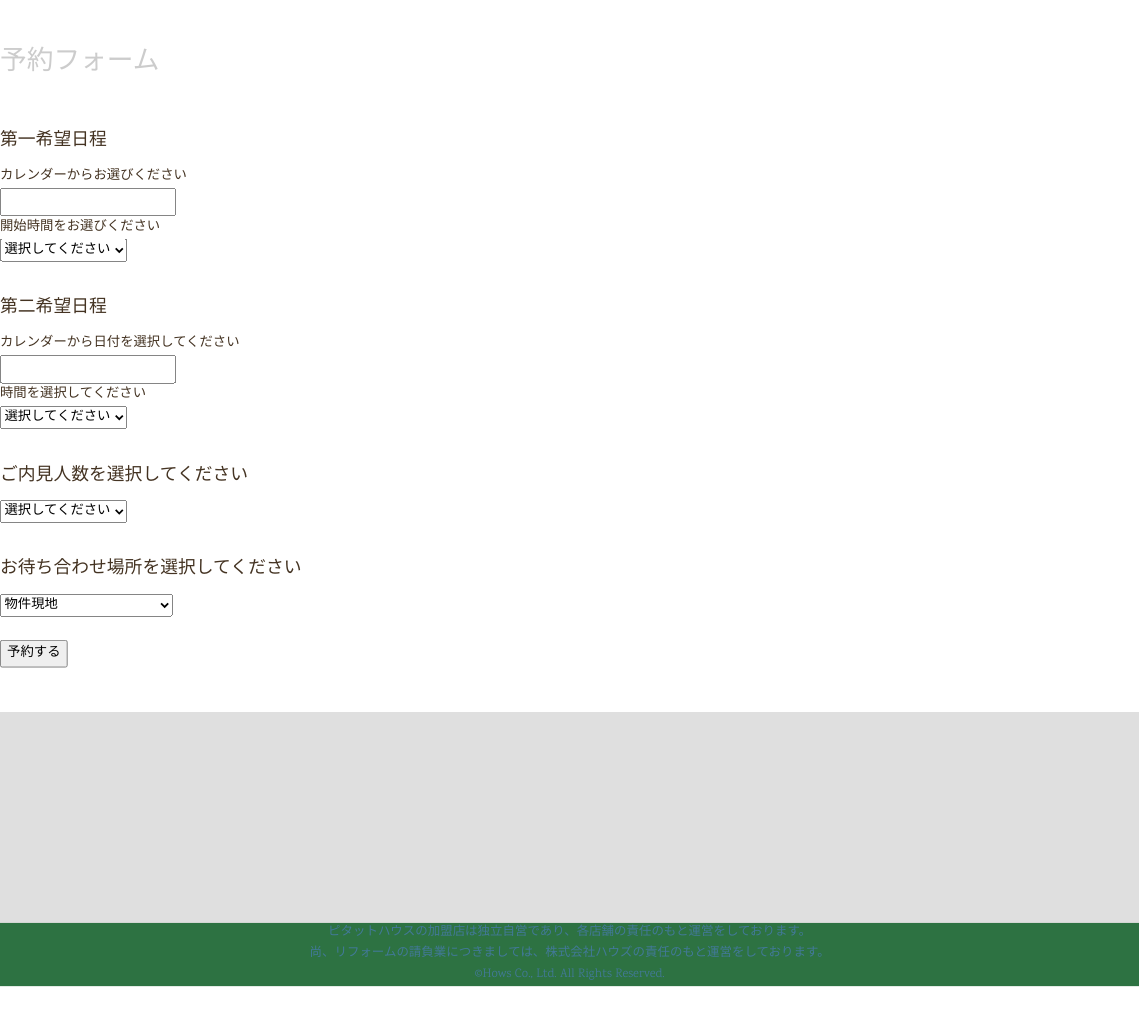
Repository: tuwen0803/contactform
Page: reservation.html
The author's editor kept a record of every edit. The page is drawn from the files as they stood at one moment, then again after the next edit.
The browser window is 1280 px wide. The pictures show the whole page, at 89% of full size.
Some web libraries are served in a nearby version.

Above is the page before.

After the next edit:
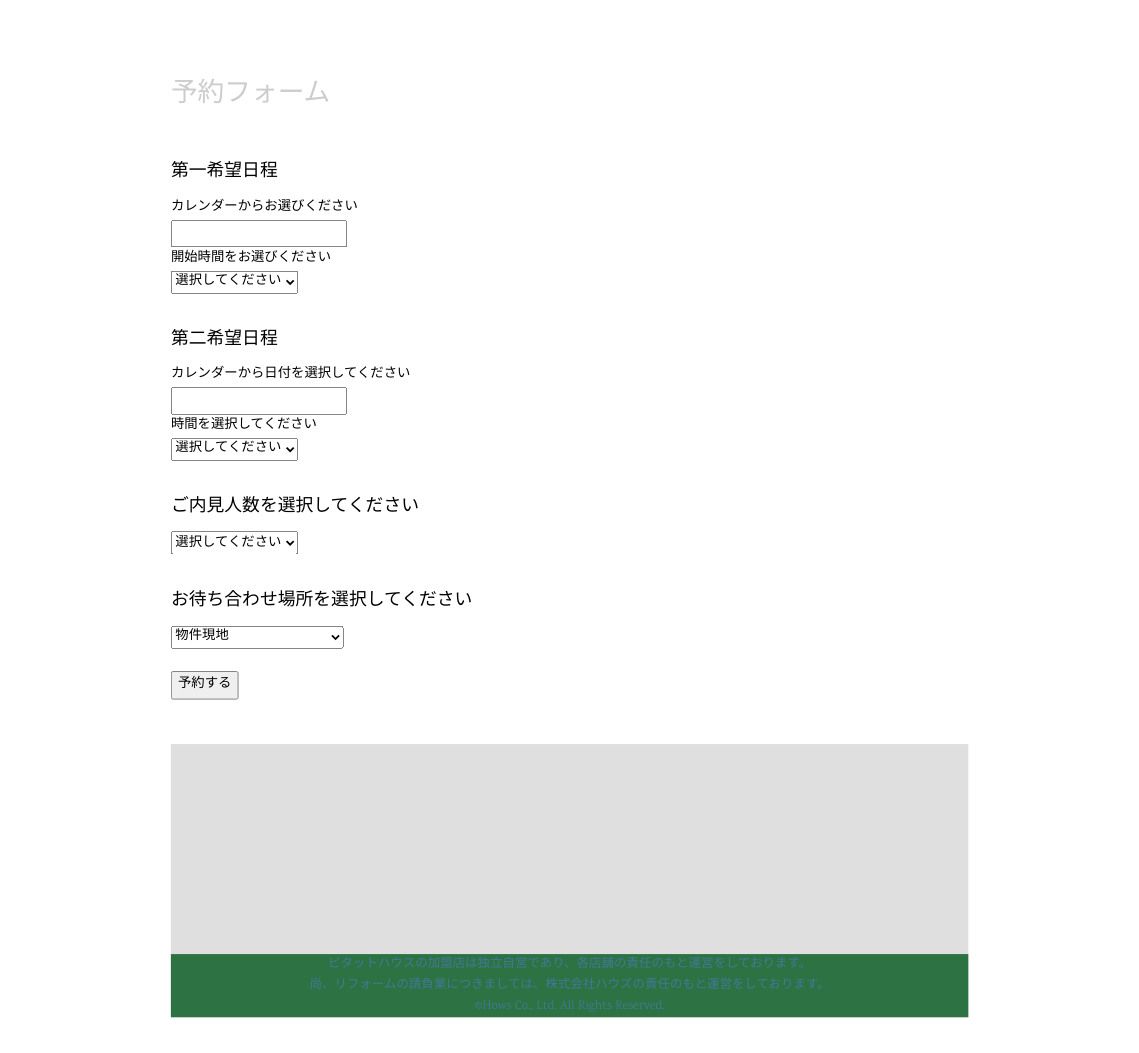
The edit:
--- a/reservation.html
+++ b/reservation.html
@@ -36,11 +36,10 @@
         </style>
   <body>
 
-
-    <script>
-      //ここにJavaSc<script src="http://ajax.googleapis.com/ajax/libs/jquery/1/jquery.min.js"></script>
 <script src="http://ajax.googleapis.com/ajax/libs/jqueryui/1/jquery-ui.min.js"></script>
 <link rel="stylesheet" href="http://ajax.googleapis.com/ajax/libs/jqueryui/1/themes/flick/jquery-ui.css">
+
+<div class="gallary-section">
 <h2>予約フォーム</h2><br>
 <form method="POST" action="contact/confirm.php">
   <h4>第一希望日程</h4>
